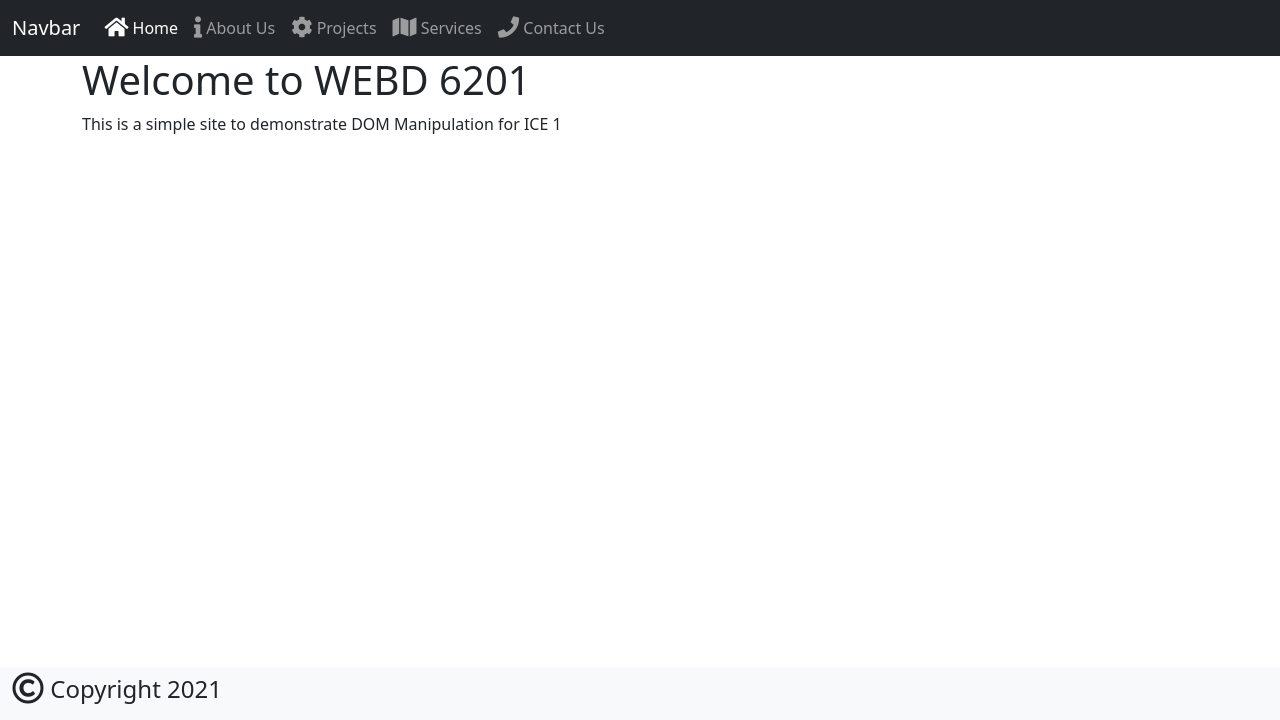
Repository: ErikHayward/WEBD6201-W2021-ICE1b
Page: index.html
An editor plug-in stored every save of this project. The page is shown before and after the next save, followed by the edit.
The browser window is 1280 px wide. The pictures show the whole page.

Above is the page before, as saved 2021-01-22 20:03:34.

After the next save:
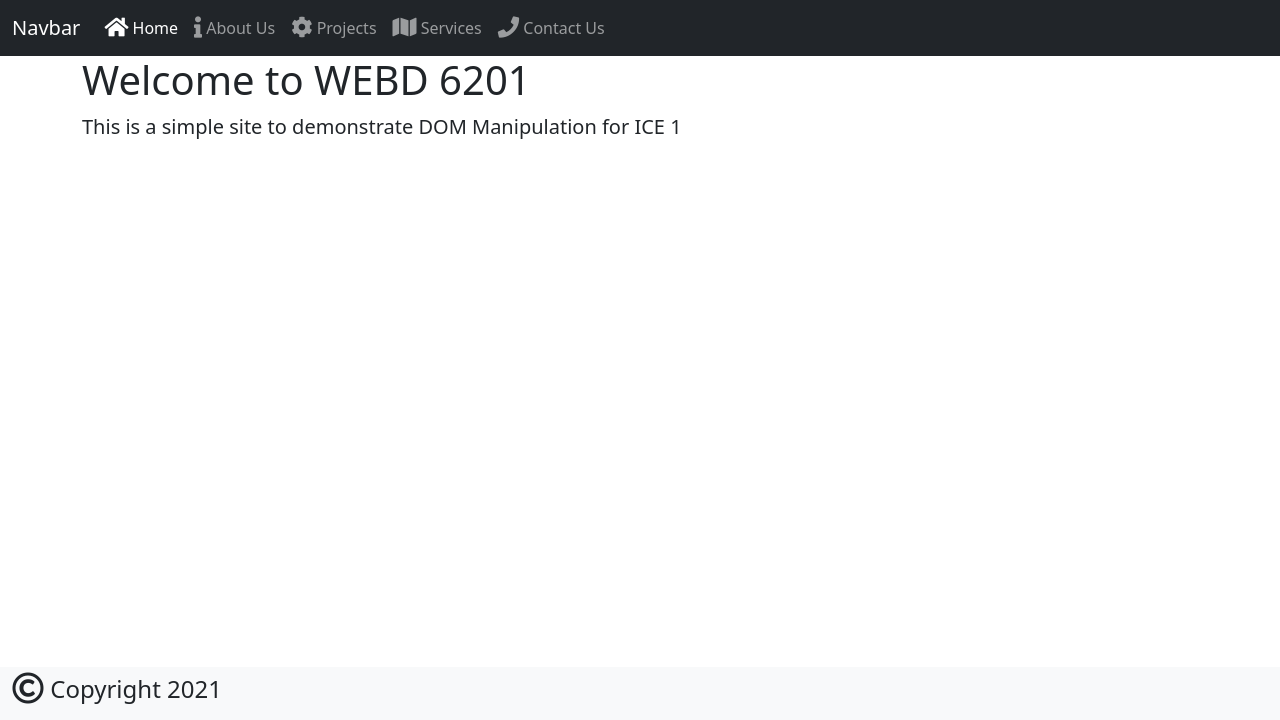
Saved 88 s later.
--- a/Scripts/app.js
+++ b/Scripts/app.js
@@ -16,6 +16,7 @@
         let paragraphOneElement = document.getElementById("paragraphOne");
 
         paragraphOneElement.textContent = paragraphOneText;
+        paragraphOneElement.className = "fs-5";
 
     }
 
